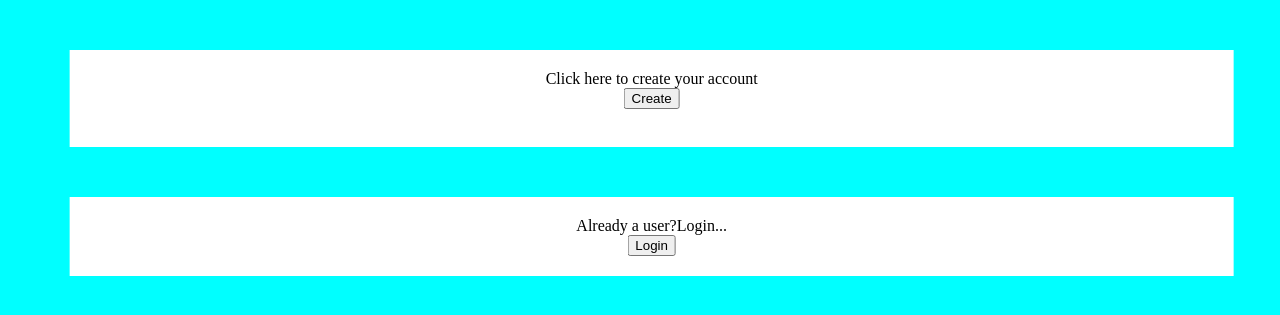
Repository: rosikraj/TurbifyTraining
Page: Wallet/WebContent/button.html
The author's editor kept a copy of each file at every save. The page is drawn from the files as they stood at one save, then again after the next save.
The browser window is 1280 px wide. The pictures show the whole page.

Above is the page before, as saved 2023-09-24 05:55:14.

After the next save:
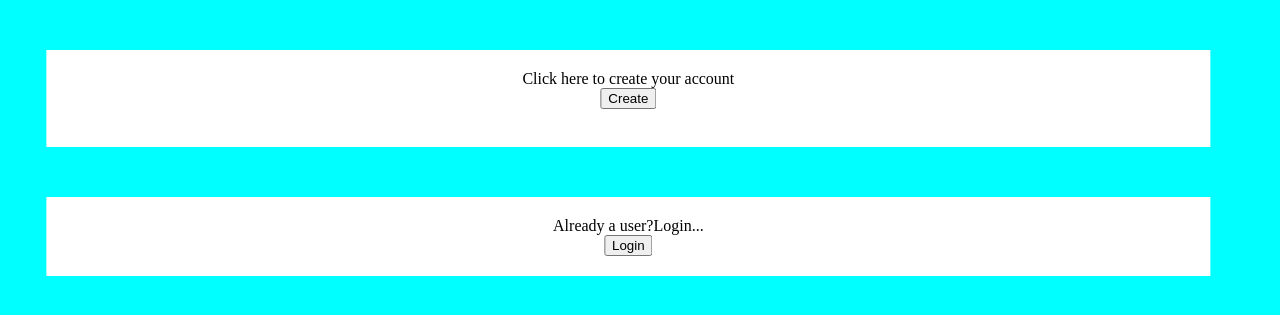
Saved 13 s later.
--- a/Wallet/WebContent/button.html
+++ b/Wallet/WebContent/button.html
@@ -16,7 +16,7 @@
     		display:block;
     		margin:50px;
     		padding:20px;
-    		transform:translateX(1%);
+    		transform:translateX(-1%);
     	}
     </style>
 </head>
